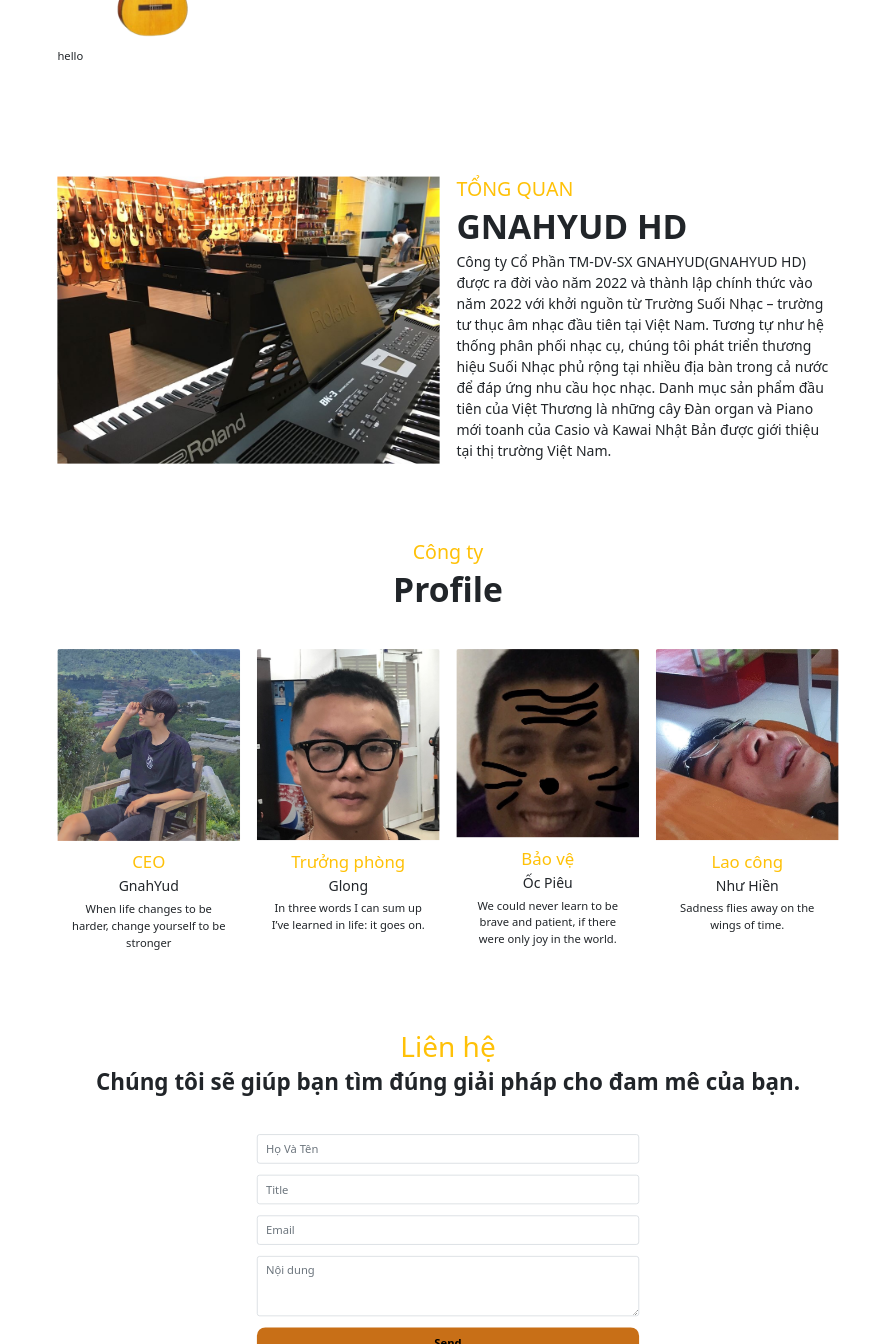
Repository: HoangDuy315/guitar
Page: index.html
The author's editor kept a copy of each file at every save. The page is drawn from the files as they stood at one save, then again after the next save.
The browser window is 1280 px wide. The pictures show the part of the page from y = 2456 to 4376 px (the page is 4962 px tall before and 5010 px after), at 70% of full size.
Some web libraries are served in a nearby version.

Above is the page before, as saved 2022-09-16 15:16:16.

After the next save:
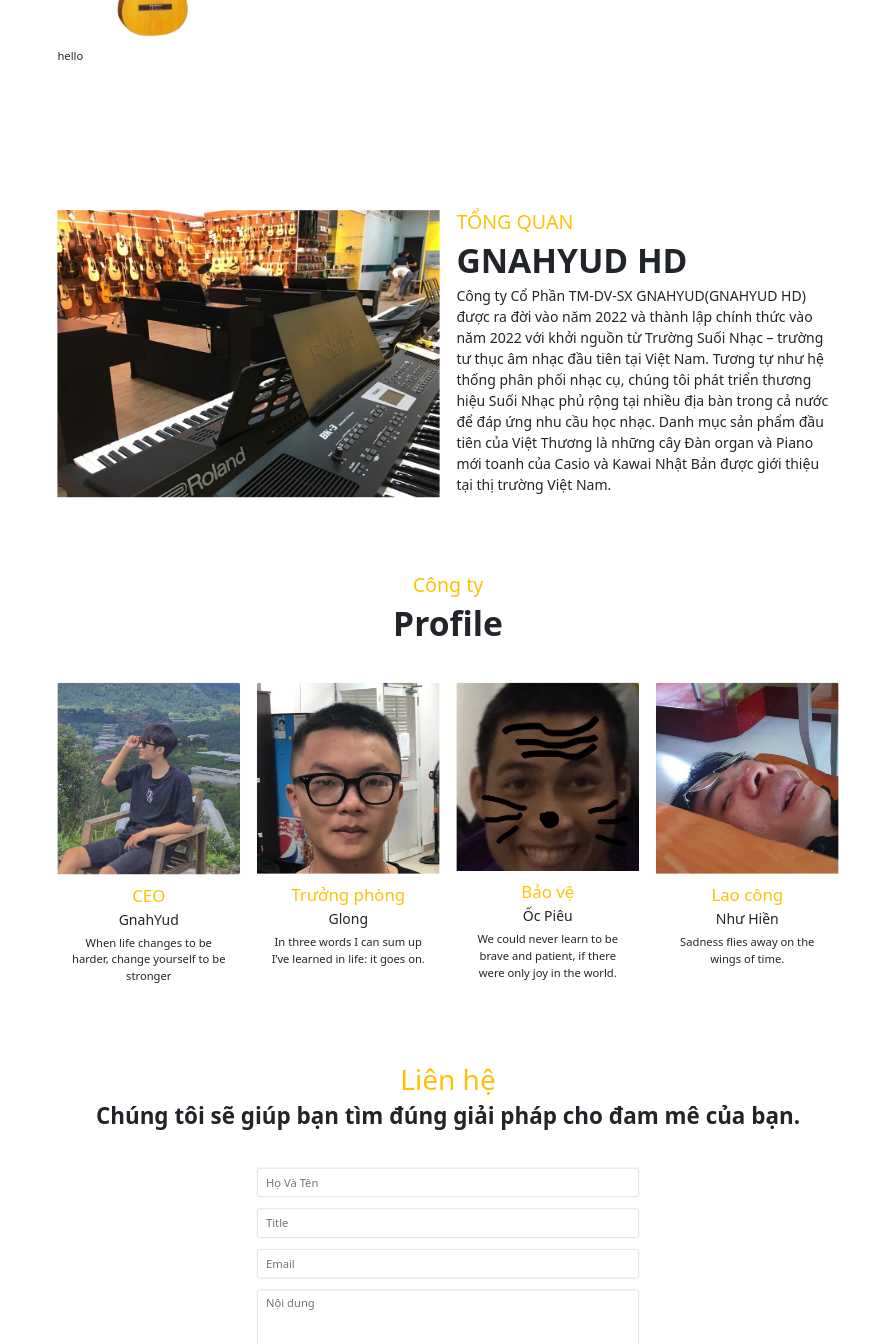
Saved 45 s later.
--- a/index.html
+++ b/index.html
@@ -199,7 +199,7 @@
      <!-- Carousel -->
      <section id="carousel">
       <div class="container my-5 py-5">
-        <div class="row justify-content-center">
+        <div class="row mb-5">
           <div id="carouselExampleControlsNoTouching" class="carousel slide" data-bs-touch="false">
             <div class="carousel-inner">
               <div class="carousel-item active">

After the save that followed:
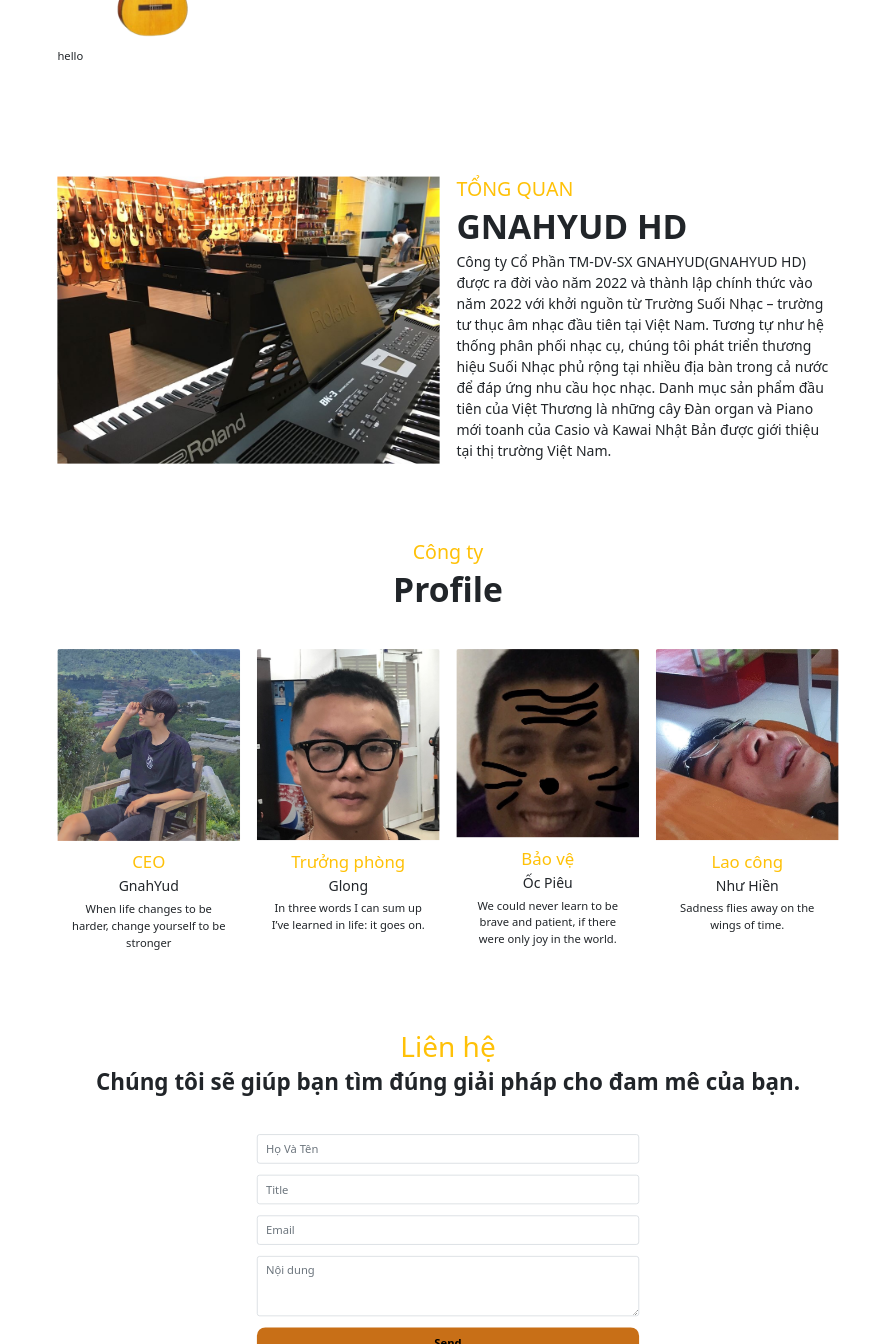
Saved 6 s later.
--- a/index.html
+++ b/index.html
@@ -199,7 +199,7 @@
      <!-- Carousel -->
      <section id="carousel">
       <div class="container my-5 py-5">
-        <div class="row mb-5">
+        <div class="row">
           <div id="carouselExampleControlsNoTouching" class="carousel slide" data-bs-touch="false">
             <div class="carousel-inner">
               <div class="carousel-item active">
